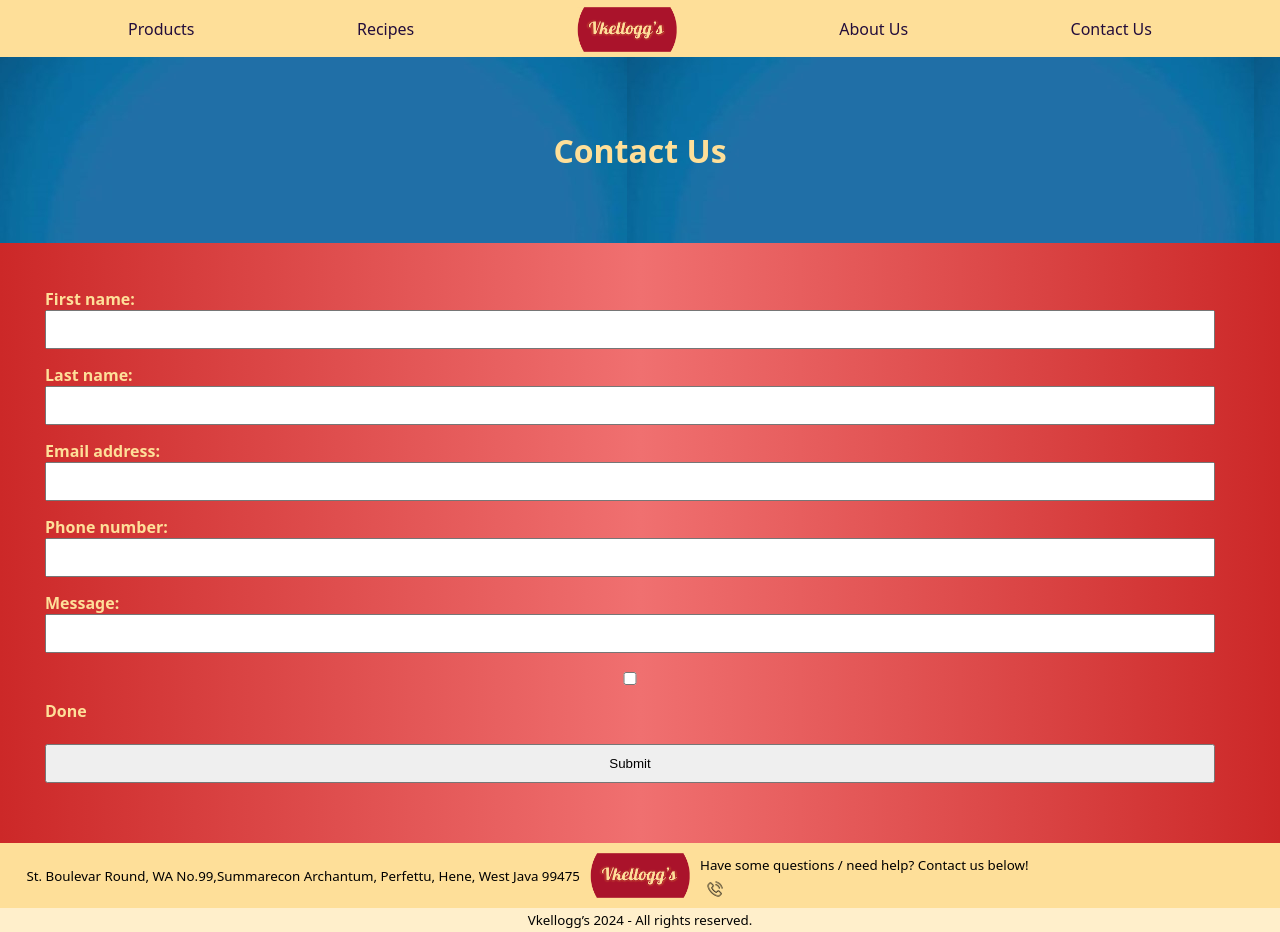
Repository: sugralld/VKelloggs
Page: Code and Assets/html/contactus.html
These files come from the project's save history. The page is drawn as it stood at one moment and after the next save; the edit follows.
The browser window is 1280 px wide. The pictures show the whole page.

Above is the page before, as saved 2024-12-03 20:56:00.

### Code and Assets/html/contactus.html
<!DOCTYPE html>
<html lang="en">
<head>
    <meta charset="UTF-8">
    <meta name="viewport" content="width=device-width, initial-scale=1.0">
    <title>Contact Us | Vkellogg's</title>
    <link rel="stylesheet" href="../css/headerfooternavbar.css">
    <link rel="stylesheet" href="../css/contactus.css">
</head>
<body>
    <!-- header navigation -->
    <header>
        <nav>
            <div class="navbar-menu">
                <div><a class="navbar-link1" href="../html/products.html">Products</a></div>
                <div><a class="navbar-link2" href="../html/recipes.html">Recipes</a></div>
                <div class="navbar-link3"><a href="../html/homepage.html"><img src="../asset/Screenshot 2024-05-30 105858.png" width="100" height="45" alt=""></a></div>
                <div><a class="navbar-link4" href="../html/aboutus.html">About Us</a></div>
                <div><a class="navbar-link5" href="../html/contactus.html">Contact Us</a></div>
            </div>
        </nav>
    </header>

    <!-- Header Contact Us -->
    <div class="header">
        <h1>Contact Us</h1>
    </div>

    <!-- Form Contact Us -->
     <div class="form">
        <form action="" method = "post">
            <label for="firstname">First name: </label>
            <input type="text" name="firstname" id="firstname">
            <br>

            <label for="lastname">Last name: </label>
            <input type="text" name="lastname" id="lastname">
            <br>

            <label for="email">Email address: </label>
            <input type="text" name="email" id="email">
            <br>

            <label for="phonenum">Phone number: </label>
            <input type="text" name="phonenum" id="phonenum">
            <br>

            <label for="message">Message: </label>
            <input type="text" name="message" id="message">
            <br>

            <input type="checkbox" name="agreement" id="agreement">
            <label for="agreement">Done</label>
            <br>

            <button type="button" onclick="validateData()">Submit</button>
        </form>
        <script src="../js/contactus.js"></script>
     </div>

     <!-- Footer -->
    <footer class="footer">
        <div class="upperfooter">
            <div class="footert1"><p>St. Boulevar Round, WA No.99,Summarecon Archantum, Perfettu, Hene, West Java 99475</p></div>
            <div class="footert2"><img src="../asset/Screenshot 2024-05-30 105858.png" width="100" height="45" alt=""></div>
            <div class="footert3">
                <p class="footert4">Have some questions / need help? Contact us below!</p>
                <a href="../html/contactus.html"><img src="../asset/image-removebg-preview (27).png" width="30" height="auto" alt=""></a>
            </div>
        </div>
        <div class="lowerfooter">
            <p class="textlowerfooter">Vkellogg’s 2024  -  All rights reserved.
            </p>
        </div>
     </footer>

</body>
</html>

### Code and Assets/css/headerfooternavbar.css
body {
    margin: 0;
    font-family: system-ui;
}

.navbar-menu{
    display: flex;
    justify-content: space-between;
    align-items: center;
    padding: 0px 10%;
    background-color: #FEDF99;
}

a:hover{
    background-color: #F5F5F5;
    border-radius: 30px;
    color: #CC2828;
}

.navbar-link1,.navbar-link2,.navbar-link4,.navbar-link5{
    font-family: system-ui;
    font-weight: 500;
    text-decoration: none;
    color: #230D3B;
}

.navbar-link3{
    display: block;
    margin-top: 0.7%;
    margin-bottom: 0px;
}

.footer{
    position: bot;
}

.upperfooter{
    display: flex;
    background-color: #FEDF99;
    justify-content: center;
    align-items: center;
}

.footert1,.footert3{
    padding: 0px 10px;
    display: block;
    width: 1200px;
    font-size: smaller;
}

.footert1{
    text-align: right;
}

.footert3{
    text-align: left;
}

.footert2{
    margin-top: 4px;
}

.lowerfooter{
    background-color: #FFEFCB;
    padding: 0;
    margin: 0px;
}

.textlowerfooter{
    margin: 0;
    padding: 3px;
    font-size: smaller;
    text-align: center;
}

.footert4{
    margin-bottom: 0;
}

### Code and Assets/css/contactus.css
.header{
    background-image: url(../asset/copydesktop-wallpaper-kellogg-s-frosted-flakes-breakfast-cereal-original-33-5-oz-box.jpg);
    display: block;
    padding: 50px;
    text-align: center;
    color: #FEDF99;
}

.form{
    background: linear-gradient(0.25turn,#CC2828,#F07070,#CC2828);
    padding: 45px;
    font-weight: bold;
    color: #FEDF99;
}

.form label{
    display: block;
}

.form input[type="text"],
    .form input[type="checkbox"],
    .form button {
        width: calc(100% - 20px); /* Lebar penuh dikurangi margin */
        max-width: 100%; /* Mencegah input melampaui layar */
        margin: 0 auto 15px; /* Jarak antar elemen */
        padding: 10px; /* Tambahkan padding untuk kenyamanan pengguna */
        box-sizing: border-box; /* Termasuk padding dalam perhitungan lebar */
    }

### Code and Assets/js/contactus.js
function wordLen(str) {
    const value = str.trim().split(/\s+/);
    return value.length;
}

function checkAlphaNum(password){
    var isAlpha = false;
    var isNum = false;
    for(let i=0; i<password.length; i++){
        if(isNaN(password[i])){
            isAlpha = true;
        }
        else{
            isNum = true;
        }

        if(isAlpha || isNum){
            return true;
        }
    }
    return false;
}


function validateData(){
    var firstname = document.getElementById("firstname");
    var lastname = document.getElementById("lastname");
    var email = document.getElementById("email");
    var phonenum = document.getElementById("phonenum");
    var message = document.getElementById("message");
    var agreement = document.getElementById("agreement");

    if(!checkAlphaNum(firstname.value)){
        alert("First name must be alphabet!");
    }
    else if(!checkAlphaNum(lastname.value)){
        alert("Last name must be alphabet!");
    }
    else if(!email.value.endsWith("@gmail.com")){
        alert("Email must end with '@gmail.com'!");
    }
    else if(!checkAlphaNum(phonenum.value)){
        alert("Phone number must be numeric!");
    }
    else if(wordLen(message.value)<5){
        alert("Message must be at least 5 words!");
    }
    else if(!agreement.checked){
        alert("'Done' checkbox must be checked!");
    }
    else{
        alert("Message Submitted.");
    }

}

After the next save:
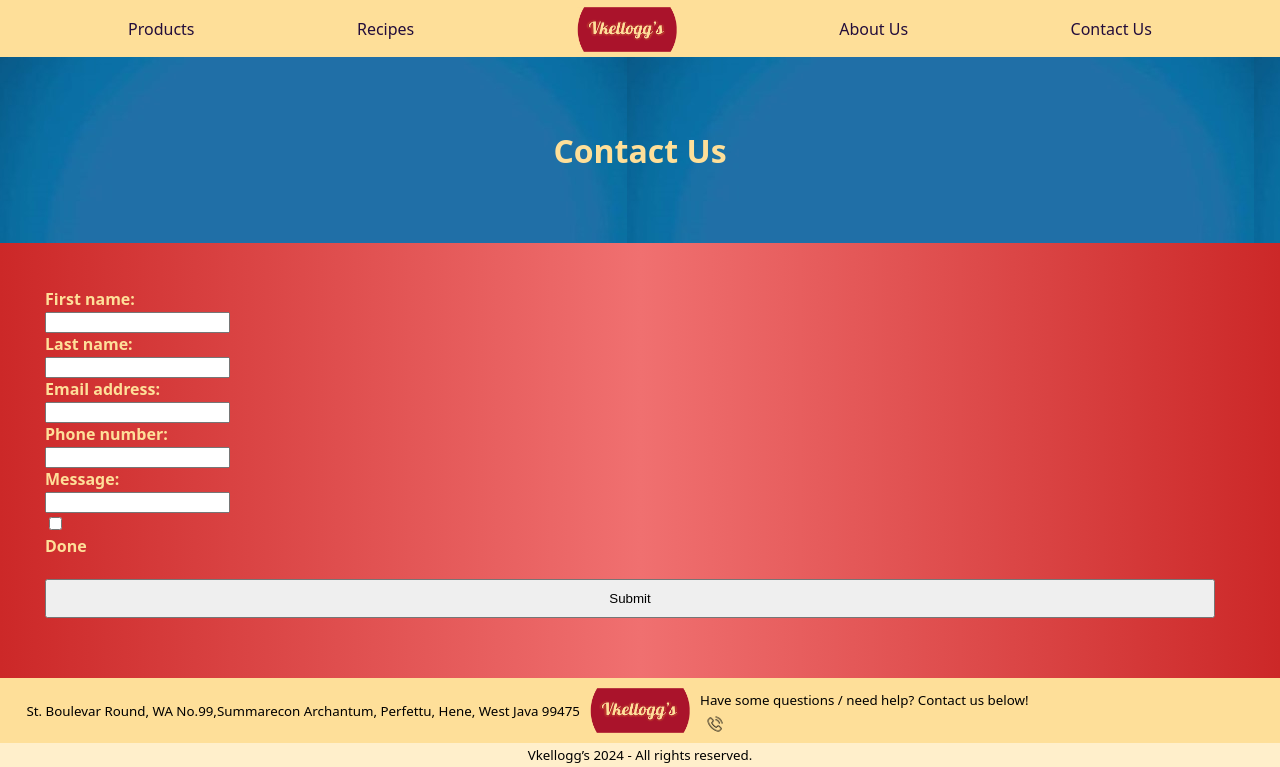
Saved 8 s later.
--- a/Code and Assets/css/contactus.css
+++ b/Code and Assets/css/contactus.css
@@ -17,8 +17,6 @@
     display: block;
 }
 
-.form input[type="text"],
-    .form input[type="checkbox"],
     .form button {
         width: calc(100% - 20px); /* Lebar penuh dikurangi margin */
         max-width: 100%; /* Mencegah input melampaui layar */
